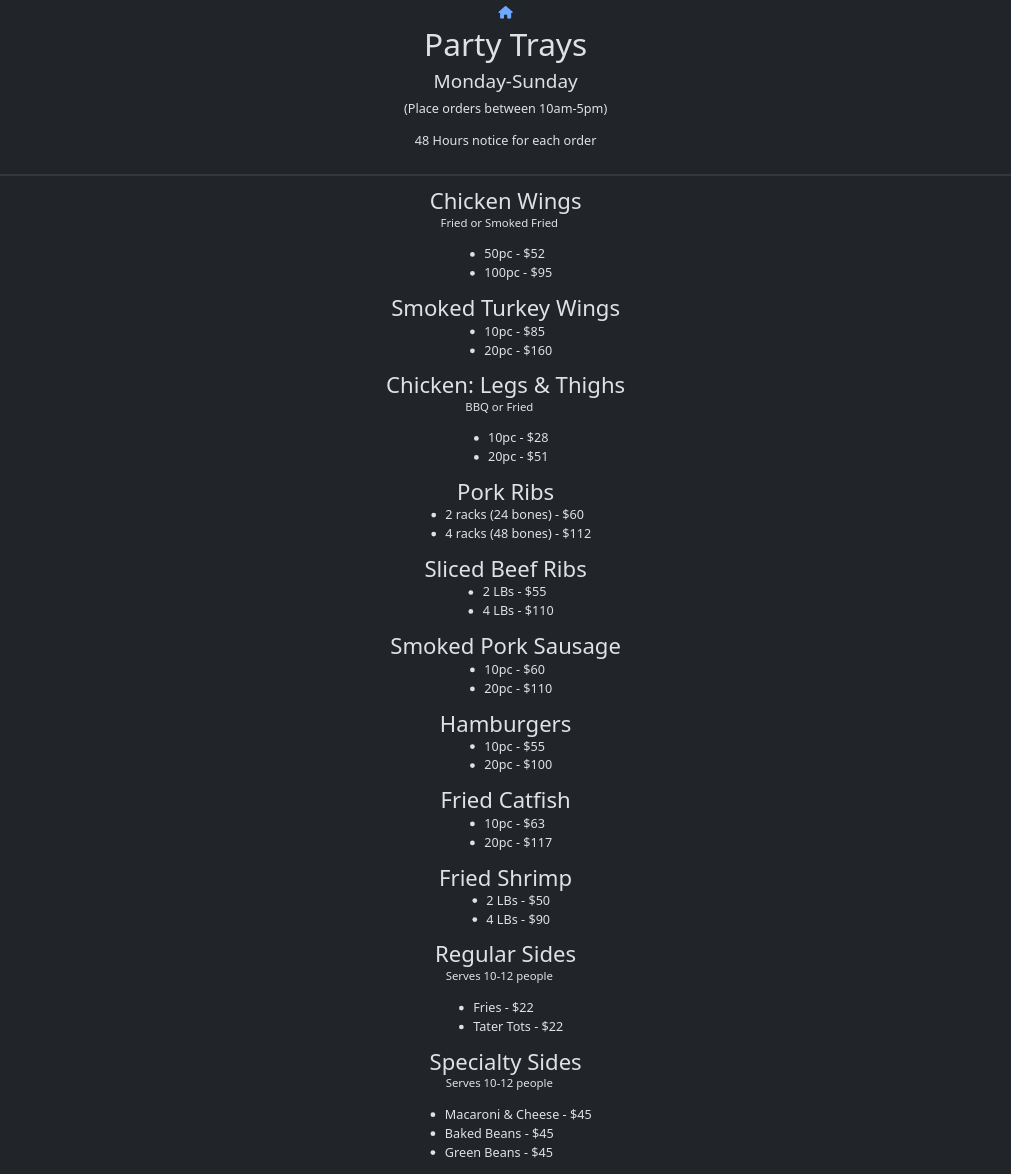
Repository: dukedward/smokehousemenu
Page: trays/index.html
An editor plug-in stored every save of this project. The page is shown before and after the next save, followed by the edit.
The browser window is 1280 px wide. The pictures show the whole page, at 79% of full size.
Some web libraries are served in a nearby version.

Above is the page before, as saved 2023-03-01 13:39:11.

After the next save:
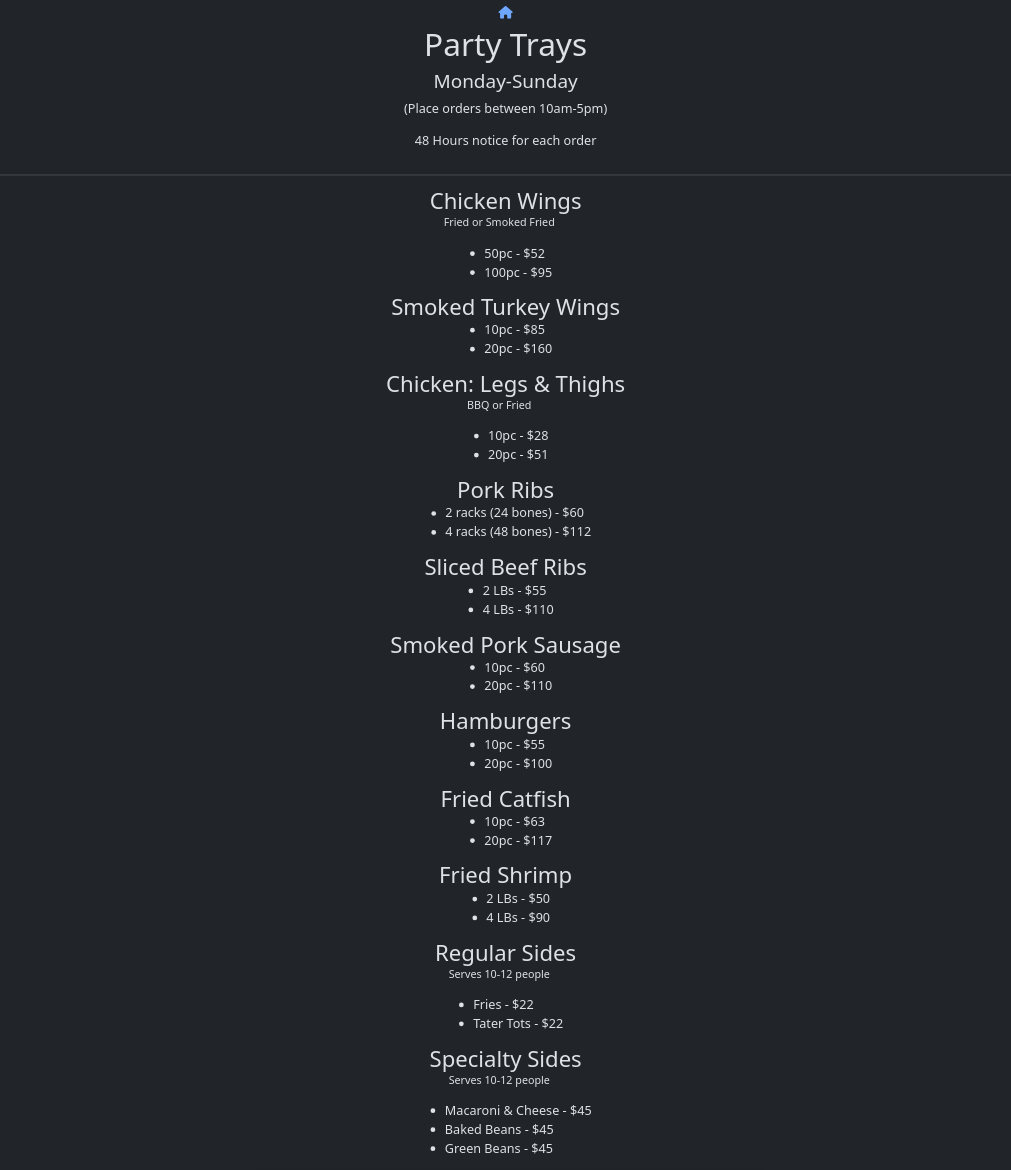
Saved 7 s later.
--- a/style.css
+++ b/style.css
@@ -32,5 +32,5 @@
 
 .desc p {
     padding-right: 1rem;
-    font-size: .90rem;
+    font-size: .85rem;
 }
